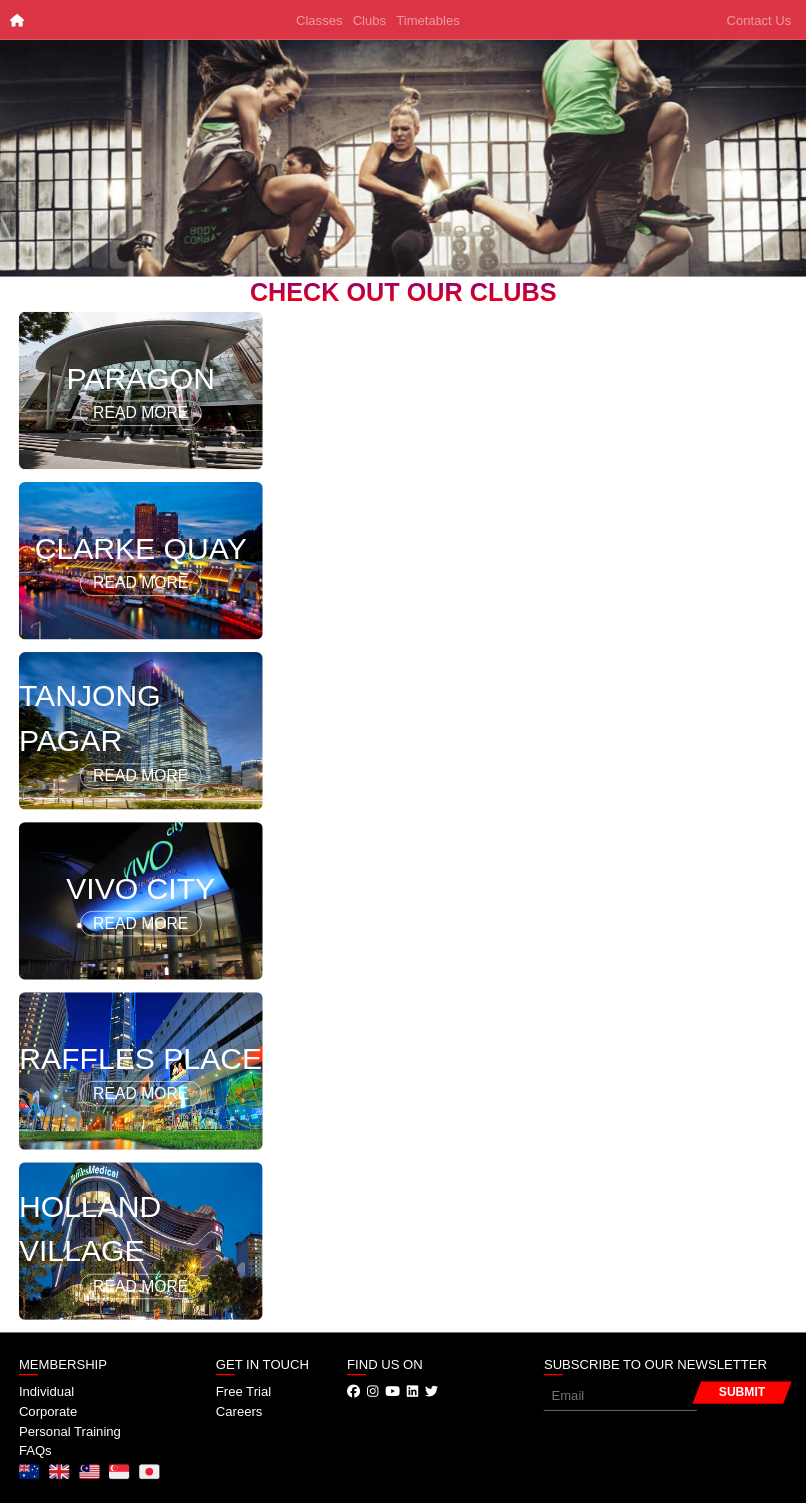
Repository: KJY93/User_Centric_Frontend_Development_Project
Page: clubs.html
The author's editor kept a record of every edit. The page is drawn from the files as they stood at one moment, then again after the next edit.
The browser window is 1280 px wide. The pictures show the whole page, at 63% of full size.
Some web fonts or font styles are not loaded; a fallback is used. Some web libraries are served in a nearby version.

Above is the page before.

### clubs.html
<!DOCTYPE html>
<html lang="en-US">
	<head>
	    <meta charset="UTF-8">
	    <meta name="viewport" content="width=device-width, initial-scale=1.0">
	    <meta http-equiv="X-UA-Compatible" content="ie=edge">
	    <title>Shape Shifters | Our Clubs</title>

		<!-- Google Fonts -->
	    <link href="https://fonts.googleapis.com/css?family=Cute+Font&display=swap" rel="stylesheet">

	    <!-- Logo -->
	    <link rel="icon" href="static/fitness-logo.ico">

	    <!-- Bootstrap CSS -->
	    <link rel="stylesheet" href="https://stackpath.bootstrapcdn.com/bootstrap/4.3.1/css/bootstrap.min.css" integrity="sha384-ggOyR0iXCbMQv3Xipma34MD+dH/1fQ784/j6cY/iJTQUOhcWr7x9JvoRxT2MZw1T" crossorigin="anonymous">

	    <!-- External CSS StyleSheet -->
		<link rel="stylesheet" type="text/css" href="static/styles.css">

		<!-- Bootstrap JS -->
	    <script src="https://code.jquery.com/jquery-3.3.1.slim.min.js" integrity="sha384-q8i/X+965DzO0rT7abK41JStQIAqVgRVzpbzo5smXKp4YfRvH+8abtTE1Pi6jizo" crossorigin="anonymous"></script>
	    <script src="https://cdnjs.cloudflare.com/ajax/libs/popper.js/1.14.7/umd/popper.min.js" integrity="sha384-UO2eT0CpHqdSJQ6hJty5KVphtPhzWj9WO1clHTMGa3JDZwrnQq4sF86dIHNDz0W1" crossorigin="anonymous"></script>
	    <script src="https://stackpath.bootstrapcdn.com/bootstrap/4.3.1/js/bootstrap.min.js" integrity="sha384-JjSmVgyd0p3pXB1rRibZUAYoIIy6OrQ6VrjIEaFf/nJGzIxFDsf4x0xIM+B07jRM" crossorigin="anonymous"></script>

	    <!-- Font Awesome -->
	    <script src="https://kit.fontawesome.com/3df94da5fe.js"></script>
	</head>
	<body>
		<main>

			<!-- Navbar -->
			<nav class="navbar navbar-expand-md navbar-dark bg-danger">
			  	<a class="navbar-brand" href="#"><i class="fas fa-home"></i></a>
			  	<button class="navbar-toggler" type="button" data-toggle="collapse" data-target="#navbarNav">
			    <span class="navbar-toggler-icon"></span>
			  	</button>
			  	<div class="collapse navbar-collapse" id="navbarNav">
			    	<ul class="navbar-nav ml-auto">
			      		<li class="nav-item ">
			        		<a class="nav-link" href="#">Classes</a>
			      		</li>
			      		<li class="nav-item">
			        		<a class="nav-link" href="#">Clubs</a>
			      		</li>
			      		<li class="nav-item">
			        		<a class="nav-link" href="#">Timetables</a>
			      		</li>
			    	</ul>

			    	<ul class="navbar-nav ml-auto">
			      		<li class="nav-item">
			        		<a class="nav-link" href="#">Contact Us</a>
			      		</li>
			    	</ul>
			  	</div>
			</nav>

			<!-- Header background -->
			<div id="club-header-background"></div>

			<div>
				<h1 class="club-header"><strong>CHECK OUT OUR CLUBS</strong></h1>
			</div>

			<!-- To display clubs location -->
			<div class="container-fluid">
				<div class="row">
					<div class="col-sm-12 col-md-4 location-container">
						<a id="location-image-1" class="location" href="#">
							<div class="location-name">
								PARAGON
							</div>
							<div class="club-info">
								READ MORE
							</div>
						</a>
					</div>
				</div>

				<div class="row">
					<div class="col-sm-12 col-md-4 location-container">
						<a id="location-image-2" class="location" href="#">
							<div class="location-name">
								CLARKE QUAY
							</div>
							<div class="club-info">
								READ MORE
							</div>
						</a>
					</div>
				</div>

				<div class="row">
					<div class="col-sm-12 col-md-4 location-container">
						<a id="location-image-3" class="location" href="#">
							<div class="location-name">
								TANJONG PAGAR
							</div>
							<div class="club-info">
								READ MORE
							</div>
						</a>
					</div>
				</div>

				<div class="row">
					<div class="col-sm-12 col-md-4 location-container">
						<a id="location-image-4" class="location" href="#">
							<div class="location-name">
								VIVO CITY
							</div>
							<div class="club-info">
								READ MORE
							</div>
						</a>
					</div>
				</div>

				<div class="row">
					<div class="col-sm-12 col-md-4 location-container">
						<a id="location-image-5" class="location" href="#">
							<div class="location-name">
								RAFFLES PLACE
							</div>
							<div class="club-info">
								READ MORE
							</div>
						</a>
					</div>
				</div>

				<div class="row">
					<div class="col-sm-12 col-md-4 location-container">
						<a id="location-image-6" class="location" href="#">
							<div class="location-name">
								HOLLAND VILLAGE
							</div>
							<div class="club-info">
								READ MORE
							</div>
						</a>
					</div>
				</div>
			</div>


			<!-- Footer -->
			<footer>
				<div class="container-fluid">
					<div class="row">
						<div class="col-sm-12 col-md-3">
							<div>MEMBERSHIP</div>
							<div class="separator"></div>
							<div>Individual</div>
							<div>Corporate</div>
							<div>Personal Training</div>
							<div>FAQs</div>
						</div>

						<div class="col-sm-12 col-md-2">
							<div>GET IN TOUCH</div>
							<div class="separator"></div>
							<div>Free Trial</div>
							<div>Careers</div>
						</div>

						<div class="col-sm-12 col-md-3">
							<div>FIND US ON</div>
							<div class="separator"></div>
							<div>
								<i class="fab fa-facebook social-media-logo"></i>
								<i class="fab fa-instagram social-media-logo"></i>
								<i class="fab fa-youtube social-media-logo"></i>
								<i class="fab fa-linkedin social-media-logo"></i>
								<i class="fab fa-twitter social-media-logo"></i>
							</div>
						</div>

						<div class="col-sm-12 col-md-4">
							<div>SUBSCRIBE TO OUR NEWSLETTER</div>

							<div class="separator"></div>

							<form method="post" action="">
								<div class="input-field-container">
									<div class="form-group">
										<input type="email" class="form-control" placeholder="Email" required>
									</div>

									<div class="each">
										<button type="button" class="submit-btn" value="submit"><span>SUBMIT</span></button>
									</div>
								</div>
							</form>
						</div>

						<div class="col-sm-12">
							<img class="flag-logo" src="static/australia-flag.png" alt="australia flag"/>
							<img class="flag-logo" src="static/uk-flag.png" alt="uk flag"/>
							<img class="flag-logo" src="static/mys-flag.png" alt="malaysia flag"/>
							<img class="flag-logo" src="static/sg-flag.png" alt="singapore flag"/>
							<img class="flag-logo" src="static/jpn-flag.png" alt="japan flag"/>
						</div>

					</div>
				</div>
			</footer>



		</main>

	</body>
</html>

### static/styles.css
body, html {
	height: 100%;
}

body {
	font-family: 'Cute Font', cursive, sans-serif;
}

input[type="email"] {
  background: transparent;
  border: none;
  border-bottom: 1px solid #a9a9a9;
  box-shadow: none;
  border-radius: 0;
}

.iframe-video-size {
	width: 300px;
	height: 320px;
}

.social-media-logo {
	margin-right: 5px;
}

.separator {
	margin-bottom: 10px;
	height: 2px;
	width: 30px;
	background: rgb(255, 0, 0);
	z-index: 1;
}

.row {
	margin-left: 0;
	margin-right: 0;
}

#advert > h1 {
	color: #ffffff;
}

#signup-link {
	color: #ffffff;
}

input[type="email"] {
 	font-size: 1em;
}

.col-sm-12, .col-md-6, .nav-link, #signup-link {
	font-size: 1.3em;
}

.link-deco:link {
	text-decoration: none;
}

.link-deco:hover {
	font-size:120%;
}

.link-font-color, button > .link-deco:hover {
	color: #ffffff;
}

.box2, .box3 {
	background: rgba(255,117,117,0.1);
}

.button-container, p, .challenge-container, #signup-container, .box3, .box2 {
	text-align: center;
}

#divider {
	width: 100%;
	border: 1px solid black;
}

footer {
	padding-top: 35px;
	padding-bottom: 35px;
	background: rgba(0, 0, 0);
	color: #ffffff;
}

.box1 {
	background:url('../static/background-mobile.jpg');
	background-repeat: no-repeat;
	background-size: 100% 100%;
	height: 400px;
	display: flex;
	align-items: center;
	justify-content: center;
}

/*https://codepen.io/adamjohnson/pen/aokGt*/
/* Skew button design adapted from the above codepen project*/
.submit-btn {
	color: #fff;
	background: #ff0000;
	font-weight: 700;
	text-align: center;
	text-decoration: none;
	border: 0;
	outline: 0;
	font-size: 1.2rem;
	padding: 12px 35px;
	display: inline-block;
	transform: skew(-21deg);
	border-radius: 0;
}

.input-field-container {
	display: flex;
	flex-direction: row;
}

.submit-btn:hover {
	background: #0069a8;
}

span {
	display: inline-block; /* change to inline-block so that the text can be un-skewed*/
}

.submit-btn > span {
	-webkit-transform: skew(21deg);  /* Un-skew the text */
}

.btn-group {
	padding-left: 15px;
}

.flag-logo {
	padding-right: 10px;
}

#club-header-background {
	background:url('../static/bodycombat.jpg');
	background-repeat: no-repeat;
	background-size: 100% 100%;
	height: 200px;
}

.club-header {
	text-align: center;
	background: linear-gradient(to top, #ff0000 , #800080);
	-webkit-background-clip: text;
	-webkit-text-fill-color: transparent;
	font-size: 2.5em;
}

.location {
	display: flex;
	flex-direction: column;
	justify-content: center;
	align-items: center;
	color: #ffffff;
	margin-bottom: 20px;
}

.location:link {
	text-decoration: none;
}

.location:hover {
	opacity: 0.8;
}

.location:hover .location-name, .location:hover .club-info {
	background: linear-gradient(to top, #ff0000 , #ff9800);
	-webkit-background-clip: text;
	-webkit-text-fill-color: transparent;
}

.location-name {
	font-size: 2.3em;
}

.club-info {
	font-size: 1.2em;
	border: 1px solid #ffffff;
	padding-left: 20px;
	padding-right: 20px;
	border-radius: 20px;
}

#location-image-1 {
	background:url('../static/paragon.jpg');
    background-size: 100% 100%;
    background-repeat: no-repeat;
    background-position: center;
	border-radius: 10px;
	height: 250px;
}

#location-image-2 {
	background:url('../static/clarke-quay.jpg');
    background-size: 100% 100%;
    background-repeat: no-repeat;
    background-position: center;
	border-radius: 10px;
	height: 250px;
}

#location-image-3 {
	background:url('../static/tanjongpagar.jpg');
    background-size: 100% 100%;
    background-repeat: no-repeat;
    background-position: center;
	border-radius: 10px;
	height: 250px;
}

#location-image-4 {
	background:url('../static/vivocity.jpg');
    background-size: 100% 100%;
    background-repeat: no-repeat;
    background-position: center;
	border-radius: 10px;
	height: 250px;
}

#location-image-5 {
	background:url('../static/rafflesplace.jpg');
    background-size: 100% 100%;
    background-repeat: no-repeat;
    background-position: center;
	border-radius: 10px;
	height: 250px;
}

#location-image-6 {
	background:url('../static/rafflesmall.jpg');
    background-size: 100% 100%;
    background-repeat: no-repeat;
    background-position: center;
	border-radius: 10px;
	height: 250px;
}

#timetables-header-background {
	background:url('../static/groupyoga.jpg');
	background-repeat: no-repeat;
	background-size: 100% 100%;
	height: 250px;
}

.table {
	text-align: center;
	font-size: 1.3rem;
}

#contact-us-background {
	background:url('../static/reachout.jpg');
	background-repeat: no-repeat;
	background-size: 100% 100%;
	height: 200px;
}

/* for extra small device */
@media (max-width: 400px) {
	.iframe-video-size {
	width: 260px;
	height: 320px;
	}

	#club-header-background {
		height: 160px;
	}

	.club-header {
		font-size: 2.0em;
	}

	.location-name {
		font-size: 2.0em;
	}

	.club-info {
		font-size: 1.0em;
	}

	.contact-us {
		font-size: 1.5em;
	}
}

/* for medium screen device */
@media (min-width: 768px) and (max-width: 991.98px) {
	.box1 {
		background:url('../static/background.jpg');
		background-repeat: no-repeat;
		height: 550px;
		background-size: 100% 100%;
	}

	.box2 {
		text-align: center;
	}

	.btn-group {
		padding-left: 0;
	}

	.iframe-video-size {
		width: 340px;
		height: 320px;
	}

	#timetables-header-background {
		height: 450px;
	}

	.table {
		font-size: 1.8rem;
	}
}

/* for large screen device */
@media (min-width: 992px) {
	.box1 {
		height: 600px;
	}

	.btn-group {
		padding-left: 0;
	}

	.submit-btn {
		padding: 3px 35px;
	}

	.iframe-video-size {
		width: 470px;
		height: 320px;
	}

	#club-header-background {
		height: 376px;
	}

	#timetables-header-background {
		height: 600px;
	}
}

After the next edit:
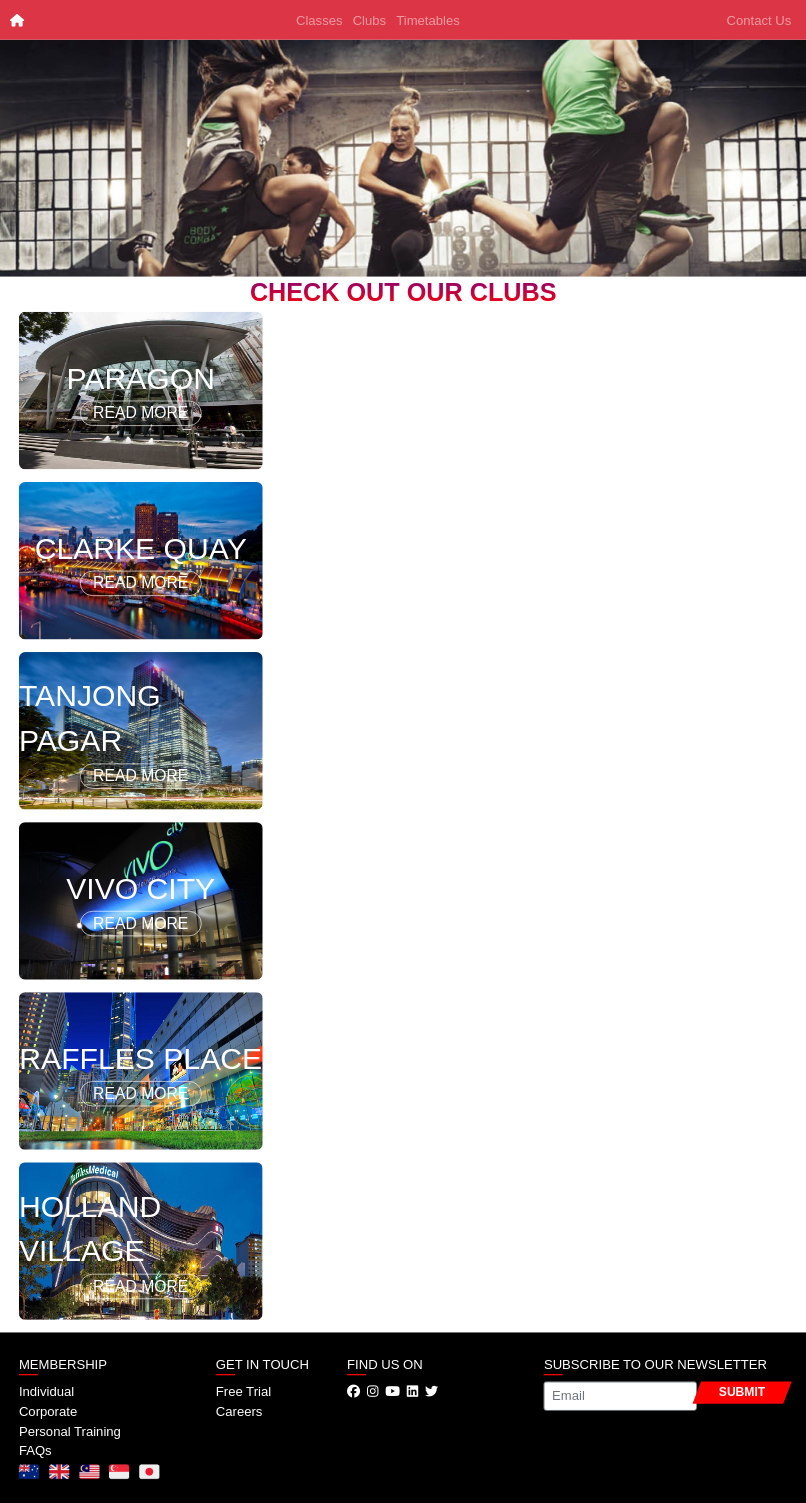
The edit:
--- a/static/styles.css
+++ b/static/styles.css
@@ -6,7 +6,7 @@
 	font-family: 'Cute Font', cursive, sans-serif;
 }
 
-input[type="email"] {
+#subscription {
   background: transparent;
   border: none;
   border-bottom: 1px solid #a9a9a9;
